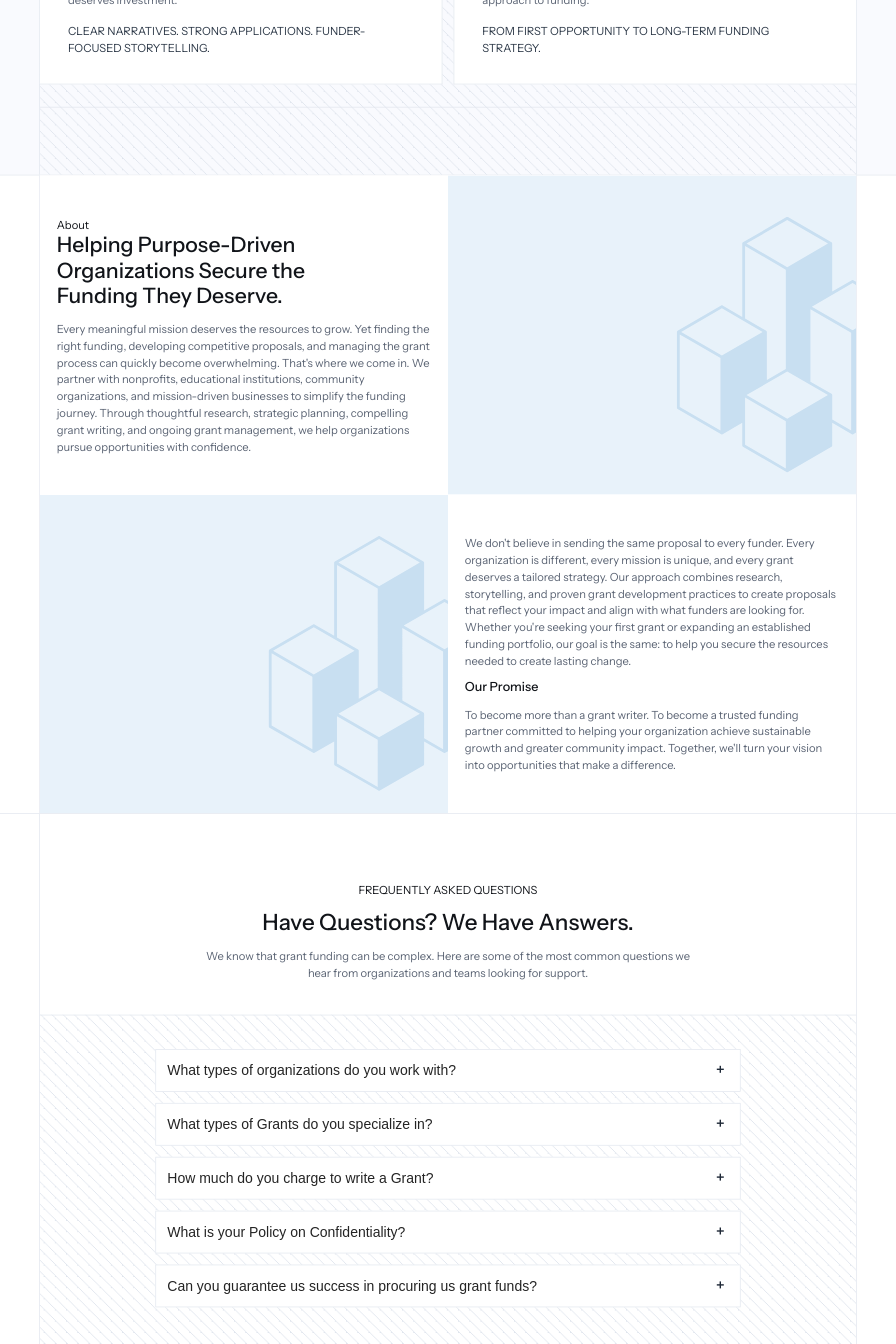
Repository: Ajeyinka/Upgrowth
Page: index.html
An editor plug-in stored every save of this project. The page is shown before and after the next save, followed by the edit.
The browser window is 1280 px wide. The pictures show the part of the page from y = 3872 to 5792 px (the page is 6758 px tall before and 6835 px after), at 70% of full size.

Above is the page before, as saved 2026-09-24 18:18:26.

After the next save:
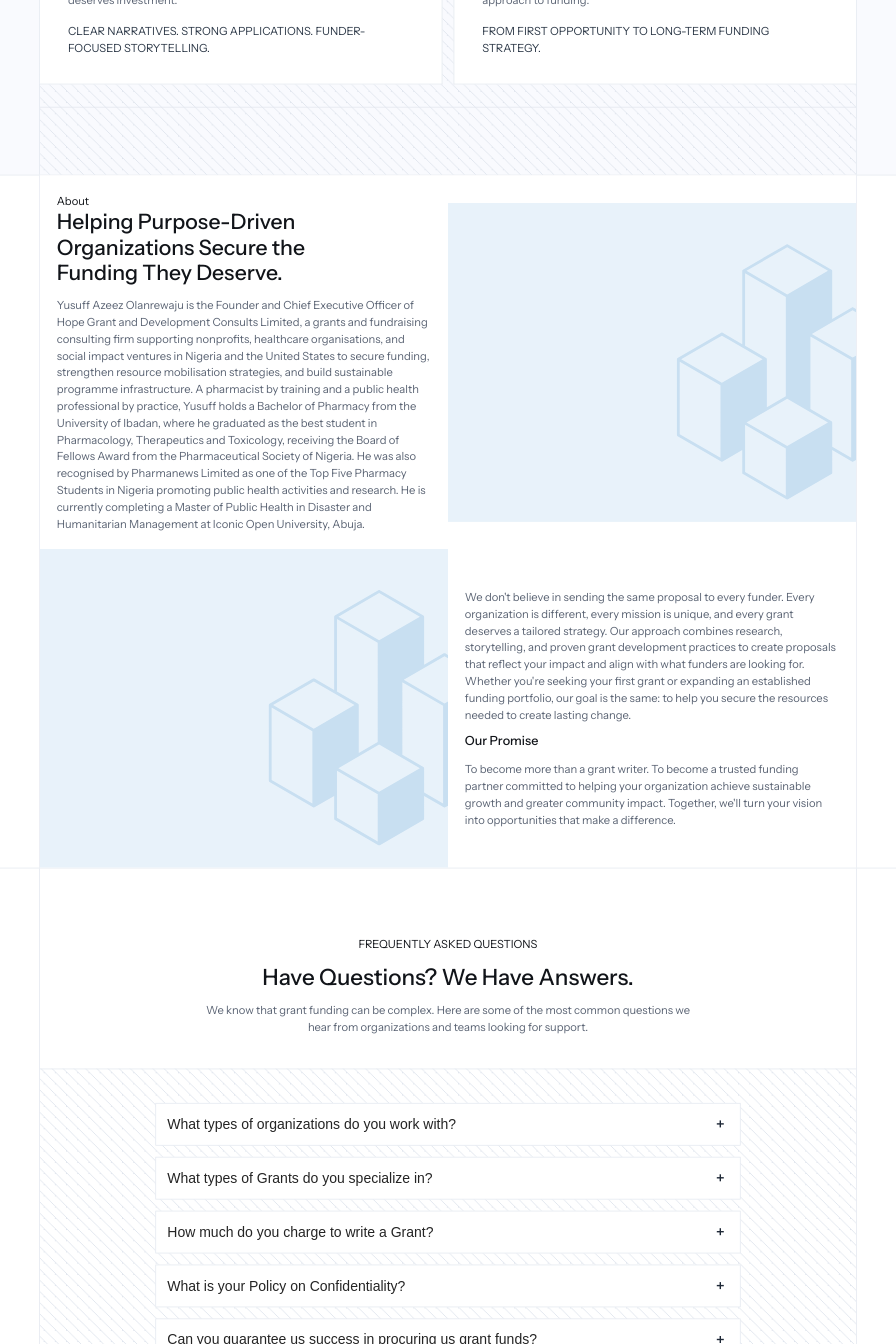
Saved 3 min 9 s later.
--- a/index.html
+++ b/index.html
@@ -269,15 +269,10 @@
               </div>
 
               <p>
-                Every meaningful mission deserves the resources to grow. Yet
-                finding the right funding, developing competitive proposals, and
-                managing the grant process can quickly become overwhelming.
-                That's where we come in. We partner with nonprofits,
-                educational institutions, community organizations, and
-                mission-driven businesses to simplify the funding journey.
-                Through thoughtful research, strategic planning, compelling
-                grant writing, and ongoing grant management, we help
-                organizations pursue opportunities with confidence.
+                Yusuff Azeez Olanrewaju is the Founder and Chief Executive Officer of Hope Grant and Development Consults Limited, a grants and fundraising consulting firm supporting nonprofits, healthcare organisations, and social impact ventures in Nigeria and the United States to secure funding, strengthen resource mobilisation strategies, and build sustainable programme infrastructure.
+
+A pharmacist by training and a public health professional by practice, Yusuff holds a Bachelor of Pharmacy from the University of Ibadan, where he graduated as the best student in Pharmacology, Therapeutics and Toxicology, receiving the Board of Fellows Award from the Pharmaceutical Society of Nigeria. He was also recognised by Pharmanews Limited as one of the Top Five Pharmacy Students in Nigeria promoting public health activities and research. He is currently completing a Master of Public Health in Disaster and Humanitarian Management at Iconic Open University, Abuja.
+
               </p>
             </div>
 
